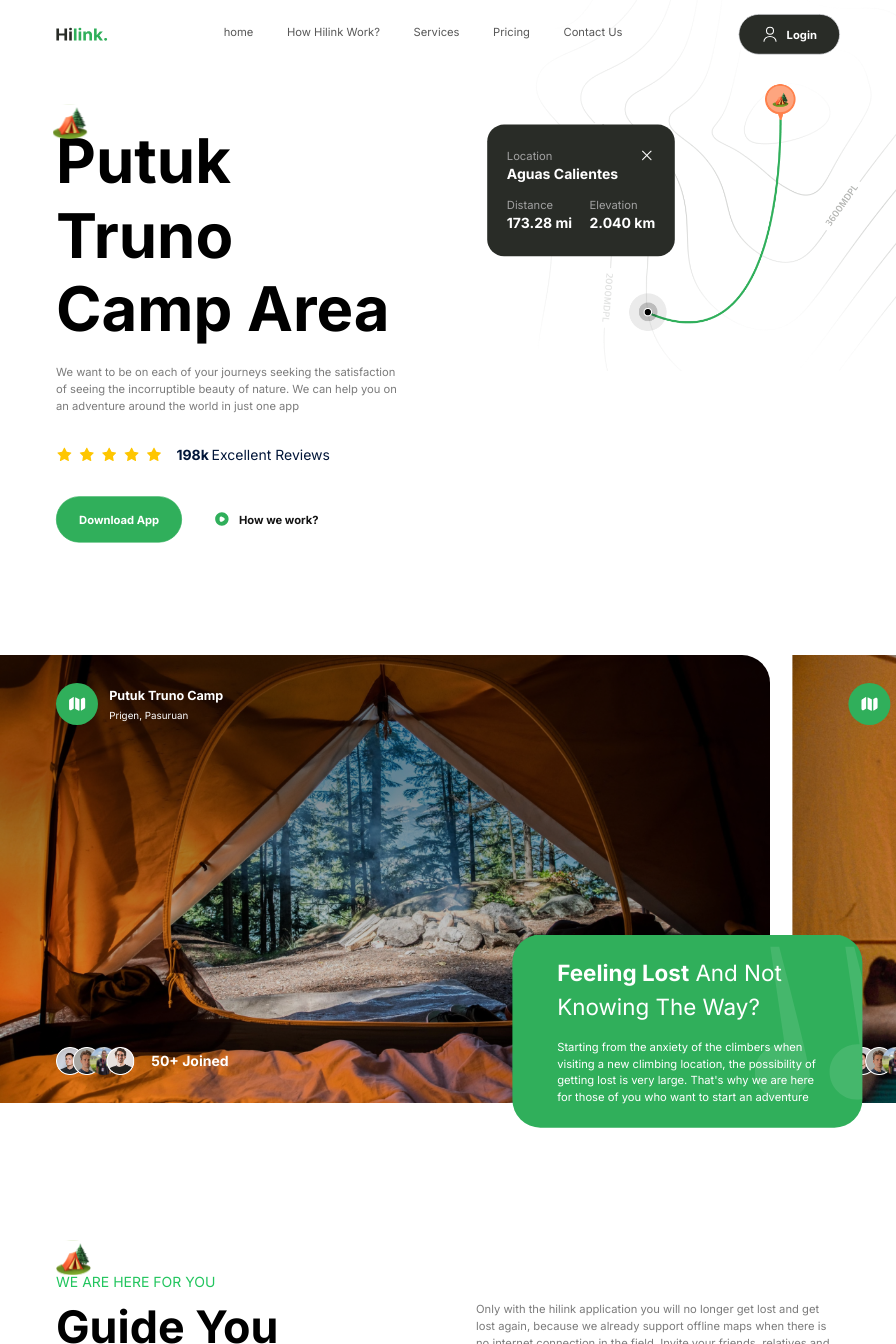
Repository: abdulrahmanmahmood/Travel-App
Page: /
An editor plug-in stored every save of this project. The page is shown before and after the next save, followed by the edit.
The browser window is 1280 px wide. The pictures show the part of the page from y = 0 to 1920 px (the page is 4955 px tall), at 70% of full size.
The project was rebuilt for these pictures with package versions that can differ from the ones it lists, and the page was loaded fresh each time. The framework's server and built-in components were replaced by stand-ins that run in the browser. Also part of the build but not shown: next.config.js.

Above is the page before, as saved 2023-11-10 10:58:27.

### app/layout.tsx
import './globals.css'
import type { Metadata } from 'next';
import './globals.css'
import Navbar from '@/components/Navbar';
import Footer from '@/components/Footer';


export const metadata: Metadata = {
  title: 'Travel',
  description: 'Travel UI/UX App for camping',
}

export default function RootLayout({
  children,
}: {
  children: React.ReactNode
}) {
  return (
    <html lang="en">
      <body >
        <Navbar/>
        {children}
        <Footer/>
      </body>
    </html>
  )
}

### app/page.tsx
import Features from "@/components/Features"
import GetApp from "@/components/GetApp"
import Guide from "@/components/Guide"
import Hero from "@/components/Hero"
import Camp from "@/components/camp"

export default function Home() {
  return (
    <>
    <Hero/>
    <Camp/>
    <Guide/>
    <Features/>
    <GetApp/>
 </>
  )
}

### components/Navbar.tsx
import { NAV_LINKS } from "@/constants";
import Image from "next/image";
import Link from "next/link";
import Button from "./Button";

const Navbar = () => {
  const showtopNav = () => {};
  return (
    <nav
      className=" flexBetween max-container padding-container relative z-30
    py-5"
    >
      <Link href="/">
        <Image src="/hilink-logo.svg" alt="logo" width={74} height={28} />
      </Link>
      <ul className="hidden h-full gap-12 lg:flex">
        {NAV_LINKS.map((link) => (
          <Link
            href={link.href}
            key={link.key}
            className="regular-16 text-gray-50 flexCenter cursor-pointer pb-1.5 transition-all hover:font-bold"
          >
            {link.label}
          </Link>
        ))}
      </ul>
      <div className="lg:flexCenter  hidden ">
        <Button
          type="button"
          title="Login"
          icon="/user.svg"
          variant="btn_dark_green"
        />
      </div>
      <div className="inline-block cursor-pointer lg:hidden">
        <Image src="/menu.svg" alt="menu" width={32} height={32} />
      </div>
    </nav>
  );
};

export default Navbar;

### components/Footer.tsx
import { FOOTER_CONTACT_INFO, FOOTER_LINKS, SOCIALS } from "@/constants";
import Image from "next/image";
import Link from "next/link";
import React from "react";

const Footer = () => {
  return (
    <footer className="flexCenter mb-24 ">
      <div className="padding-container max-container flex w-full flex-col gap-14 ">
        <div className="flex flex-col items-start justify-center gap-[10%] md:flex-row ">
          <Link href="/" className="mb-10">
            <Image src="hilink-logo.svg" alt="logo" width={74} height={29} />
          </Link>
          <div className="flex flex-wrap gap-10 sm:justify-between md:flex-1">
            {FOOTER_LINKS.map((columns) => (
              <FooterColumn title={columns.title}>
                <ul className="regular-14 flex flex-col gap-4 text-gray-30">
                  {columns.links.map((link) => (
                    <Link href="/" key={link}>
                      {link}
                    </Link>
                  ))}
                </ul>
              </FooterColumn>
            ))}

            <div className="flex flex-col gap-5">
                    <FooterColumn title={FOOTER_CONTACT_INFO.title}>
                      {FOOTER_CONTACT_INFO.links.map((link)=>(
                        <Link href='/' key={link.label} className="flex gap-4 md:flex-col lg:flex-row">
                        <p className="whitespace-nowrap">
                          {link.label}:
                        </p>
                        <p className="medium-14 whitespace-nowrap text-blue-70">{link.value}</p>
                        </Link>
                      ))}
                    </FooterColumn>
            </div>
            <div className="flex flex-col gap-5 ">
                      <FooterColumn title={SOCIALS.title}>
                          <ul className="regular-14 flex gap-4 text-gray-30">
                            {SOCIALS.links.map((link)=>(
                              <Link href='link' key={link}>
                                <Image src={link} alt="logo" width={24} height={24}/>
                              </Link>
                            ))}
                          </ul>
                      </FooterColumn>
            </div>
          </div>
        </div>
        <div className="border bg-gray-20 "/>
        <p className="regular-14 w-full text-center text-gray-30">2023 Hilink | All rights reserved</p>
      </div>
    </footer>
  );
};
type FooterColumnProps = {
  title: string;
  children: React.ReactNode;
};

const FooterColumn = ({ title, children }: FooterColumnProps) => {
  return (
    <div className="flex flex-col gap-5 ">
      <h4 className="bold-18 whitespace-nowrap">{title}</h4>
      {children}
    </div>
  );
};

export default Footer;

### components/Features.tsx
import { FEATURES } from "@/constants";
import Image from "next/image";
import { title } from "process";

function Features() {
  return (
    <section className=" flex-col  flexCenter overflow-hidden bg-feature-bg bg-center bg-no-repeat py-24">
      <div className="flex max-container padding-container relative w-full justify-end">
        <div className="flex flex-1 lg:min-h-[900px]">
          <Image
            src="/phone.png"
            alt="phone"
            height={1000}
            width={440}
            className="feature-phone"
          />
        </div>
        <div className="z-20 flex w-full flex-col  lg:w-[60%]">
          <div className="relative ">
            <Image
              src="/camp.svg"
              alt="camp"
              width={50}
              height={50}
              className="absolute top-[-30px] left-[5px] w-10 lg:w-[50px]"
            />
            <h2 className="bold-40 lg:bold-64 -mt-1">Our Features</h2>
          </div>
          <ul className="mt-10 grid gap-10 md:grid-cols-2 lg:mt-20 lg:gap-20 ">
            {FEATURES.map((feature) => (
              <FeatureItem
                key={feature.title}
                icon={feature.icon}
                title={feature.title}
                description={feature.description}
              />
            ))}
          </ul>
        </div>
      </div>
    </section>
  );
}
type FeatureItem = {
  title: string;
  icon: string;
  description: string;
};

const FeatureItem = ({ title, icon, description }: FeatureItem) => {
  return(
  <li className="flex w-full flex-1 flex-col items-start">
    <div className="rounded-full p-4 lg:p-7 bg-green-50">
      <Image src={icon} alt="featureItemImage" width={28} height={28}/>
    </div>
    <h2 className="bold-20 lg:bold-32  mt-5 capitalize">{title}</h2>
    <p className="regular-16 mt-5 bg-white/80 text-gray-30 lg:mt-[30px] lg:bg-none">{description}</p>
  </li>)
};

export default Features;

### components/GetApp.tsx
import Image from "next/image";
import Button from "./Button";

function GetApp() {
  return (
    <section className="flexCenter w-full flex-col pb-[100px]">
      <div className="get-app">
        <div className=" z-20 flex w-full flex-1 flex-col items-start justify-center gap-12">
          <h2 className="bold-40 lg:bold-64 xl:max-w-[320px]">
            Get for free now!{" "}
          </h2>
          <p className="regular-16 text-gray-10">
            Available on iOS and Android
          </p>
          <div className="flex w-full flex-col gap-3 whitespace-nowrap xl:flex-row">
            <Button
              type="button"
              title="App Store"
              variant="btn_white"
              icon="/apple.svg"
              full
            />
            <Button
              type="button"
              title="Play Store "
              variant="btn_dark_green_outline"
              icon="/android.svg"
              full
            />
          </div>
        </div>
        <div className="flex flex-1 items-center justify-end">
          <Image src='/phones.png' alt="phones" width={550} height={870}/>
        </div>
      </div>
    </section>
  );
}

export default GetApp;

### components/Guide.tsx
import Image from "next/image";

function Guide() {
  return (
    <section className="flexCenter flex-col">
      <div className=" padding-container max-container w-full pb-24  ">
        <Image src="/camp.svg" alt="camp" width={50} height={50} />
        <p className="uppercase text-xl bold text-green-500 -mt-1 mb-3 ">
          WE ARE here FOR YOU
        </p>
        <div className="flex flex-wrap justify-between gap-5 lg:gap-10">
          <h2 className="capitalize  bold-40 lg:bold-64 xl:max-w-[390px]">
            Guide You to Easy Path
          </h2>
          <p className=" regular-16 text-gray-30 xl:max-w-[520px]">
            Only with the hilink application you will no longer get lost and get
            lost again, because we already support offline maps when there is no
            internet connection in the field. Invite your friends, relatives and
            friends to have fun in the wilderness through the valley and reach
            the top of the mountain
          </p>
        </div>
      </div>
      <div className=" flexCenter max-container relative w-full ">
        <Image
          src="/boat.png"
          alt="image"
          width={1440}
          height={580}
          className="w-full object-cover object-center 2xl:rounded-5"
        />
        <div className="absolute flex bg-white py-8 pl-5 pr-7 gap-3 rounded-3xl border shadow-md md:left-[5%] lg:top-20">
          <Image src='/meter.svg' alt="meter" width={15} height={158} className="h-full w-auto"/>
          <div className="flexBetween flex-col ">
            <div className="flex w-full flex-col">
              <div className="flexBetween w-full ">
                <p className="regular-16 text-gray-500">Destination</p>
                <p className="bold-16 text-green-50">48 min</p>
              </div>
              <p className="bold-20 mt-2 mb-2 ">Aguas Calientes</p>
            </div>
            <div className="flex w-full flex-col">
              <p className="regular-16 text-gray-500 mt-4">Start track</p>
              <h4 className="bold-20 mt-2 whitespace-nowrap">Wonorejo Pasuruan</h4>
            </div>
          I</div>
        </div>
      </div>
    </section>
  );
}

export default Guide;

### components/Hero.tsx
import Image from "next/image";
import Button from "./Button";

function Hero() {
  return (
    <section className="max-container padding-container flex flex-col gap-20 py-10 pb-32 md:gap-28 lg:py-20 xl:flex-row">
      {/* LEFT */}
      <div className="hero-map " />

      <div className="relative z-20 flex flex-1 flex-col xl:w-1/2">
        <Image
          src="/camp.svg"
          alt="camp"
          width={50}
          height={50}
          className="absolute left-[-5px] top-[-30px] w-10 lg:w-[50px]"
        />
        <h1 className="bold-52 lg:bold-88">Putuk Truno Camp Area</h1>
        <p className="regular-16 mt-6 text-gray-30 xl:max-w-[520px]">
          We want to be on each of your journeys seeking the satisfaction of
          seeing the incorruptible beauty of nature. We can help you on an
          adventure around the world in just one app
        </p>
        <div className="my-11 flex flex-wrap gap-5">
          <div className="flex items-center gap-2">
            {Array(5)
              .fill(1)
              .map((_, index) => (
                <Image
                  key={index}
                  src="/star.svg"
                  alt="star"
                  width={24}
                  height={24}
                />
              ))}
          </div>
          <p className="bold-16 lg:bold-20 text-blue-70">
            198k
            <span className="regular-16 lg:regular-20 ml-1 ">
              Excellent Reviews
            </span>
          </p>
        </div>
        <div className="flex flex-col w-full gap-3 sm:flex-row">
          <Button
            type={"button"}
            title={"Download App"}
            variant={"btn_green"}
          />
          <Button
            type={"button"}
            title={"How we work?"}
            variant={"btn_white_text"}
            icon="/play.svg"
          />
        </div>
      </div>

      <div className="relative flex flex-1 items-start ">
        <div className="relative z-20 w-[268px] flex-col gap-8 rounded-3xl bg-green-90 px-7 py-8">
          <div className="fle flex-col">
            <div className="flexBetween">
              <p className="regular-16 text-gray-20">Location</p>
              <Image src="/close.svg" alt="close" width={24} height={24} />
            </div>
            <p className="bold-20 text-white">Aguas Calientes</p>
          </div>

          <div className="flexBetween  pt-4">
            <div className="flex flex-col">
              <p className="regular-16 block text-gray-20">Distance</p>
              <p className="bold-20 text-white">173.28 mi</p>
            </div>
            <div className="flex flex-col">
              <p className="regular-16 block text-gray-20">Elevation</p>
              <p className="bold-20 text-white">2.040 km</p>
            </div>
          </div>
        </div>
      </div>
    </section>
  );
}

export default Hero;

### constants/index.ts
export const NAV_LINKS = [
  {href:"/", key:"home", label:"home"},
  { href: '/', key: 'how_hilink_work', label: 'How Hilink Work?' },
  { href: '/', key: 'services', label: 'Services' },
  { href: '/', key: 'pricing ', label: 'Pricing ' },
  { href: '/', key: 'contact_us', label: 'Contact Us' },
]

export const PEOPLE_URL = [
  '/person-1.png',
  '/person-2.png',
  '/acpc-modified (1).png',
  '/person-4.png',
];


export const FEATURES = [
  {
    title: 'Real maps can be offline',
    icon: '/map.svg',
    variant: 'green',
    description:
      'We provide a solution for you to be able to use our application when climbing, yes offline maps you can use at any time there is no signal at the location',
  },
  {
    title: 'Set an adventure schedule',
    icon: '/calendar.svg',
    variant: 'green',
    description:
      "Schedule an adventure with friends. On holidays, there are many interesting offers from Hilink. That way, there's no more discussion",
  },
  {
    title: 'Technology using augment reality',
    icon: '/tech.svg',
    variant: 'green',
    description:
      'Technology uses augmented reality as a guide to your hiking trail in the forest to the top of the mountain. Already supported by the latest technology without an internet connection',
  },
  {
    title: 'Many new locations every month',
    icon: '/location.svg',
    variant: 'orange',
    description:
      'Lots of new locations every month, because we have a worldwide community of climbers who share their best experiences with climbing',
  },
];


export const FOOTER_LINKS = [
  {
    title: 'Learn More',
    links: [
      'About Hilink',
      'Press Releases',
      'Environment',
      'Jobs',
      'Privacy Policy',
      'Contact Us',
    ],
  },
  {
    title: 'Our Community',
    links: ['Climbing xixixi', 'Hiking hilink', 'Hilink kinthill'],
  },
];

export const FOOTER_CONTACT_INFO = {
  title: 'Contact Us',
  links: [
    { label: 'Admin Officer', value: '123-456-7890' },
    { label: 'Email Officer', value: 'hilink@akinthil.com' },
  ],
};

export const SOCIALS = {
  title: 'Social',
  links: [
    '/facebook.svg',
    '/instagram.svg',
    '/twitter.svg',
    '/youtube.svg',
    '/wordpress.svg',
  ],
};

### components/Button.tsx
import Image from "next/image";

type ButtonProps = {
  type: "button" | "submit";
  title: string;
  icon?: string;
  variant: string;
  full?:boolean;
};

function Button({ type, title, icon, variant, full }: ButtonProps) {
  return (
    <button
      type={type}
      className={`flexCenter gap-3 rounded-full border ${variant} ${full && 'w-full'}`}
    >
      {icon && <Image src={icon} alt={title} width={24} height={24} />}
      <label className="bold-16 whitespace-nowrap cursor-pointer">{title}</label>
    </button>
  );
}

export default Button;

Loaded but not shown: tailwind.config.ts (common file); components/camp.tsx (97 lines, source omitted); app/globals.css (157 lines, source omitted)

After the next save:
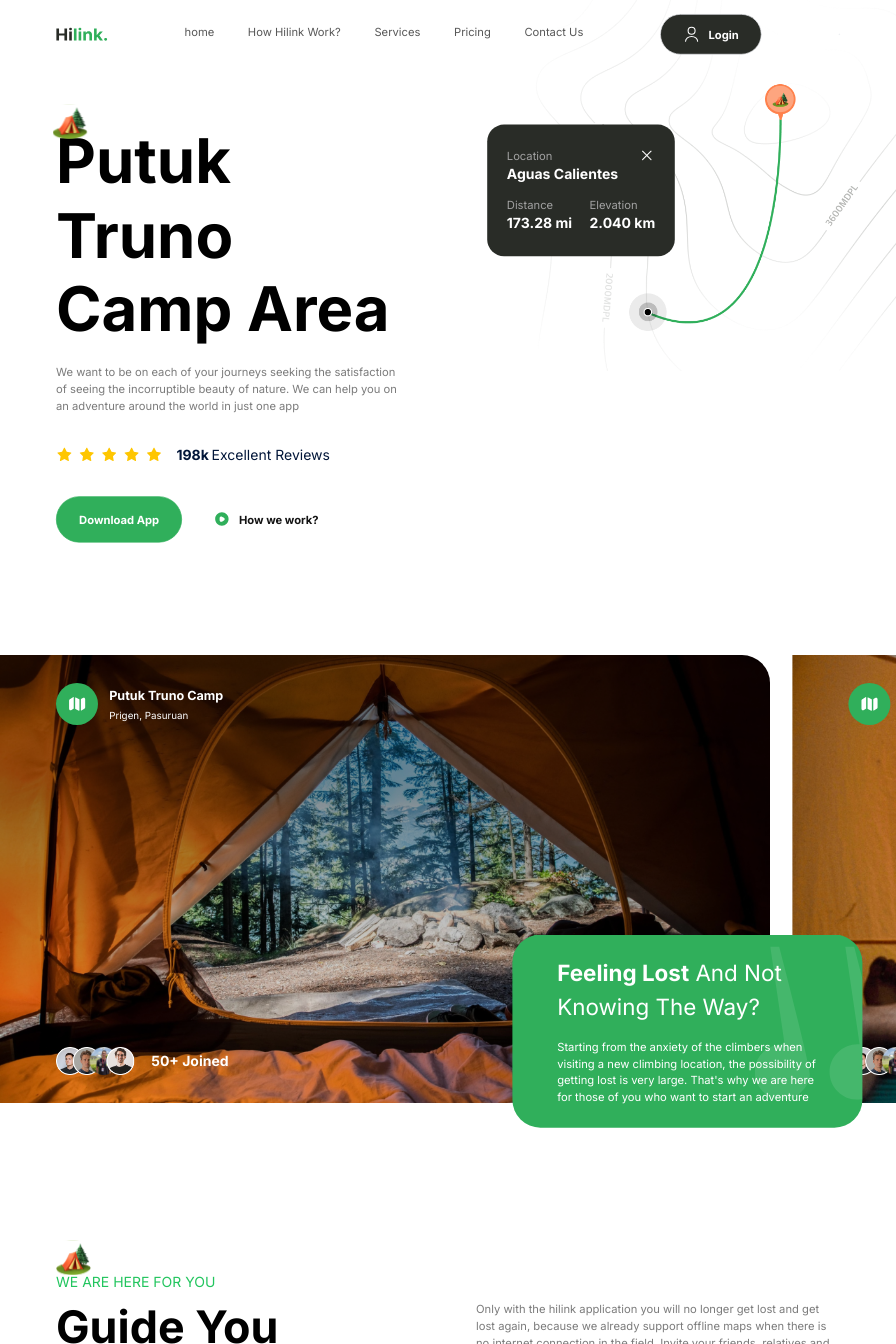
Saved 11 s later.
--- a/components/Navbar.tsx
+++ b/components/Navbar.tsx
@@ -32,9 +32,9 @@
           variant="btn_dark_green"
         />
       </div>
-      <div className="inline-block cursor-pointer lg:hidden">
+      <Button className="inline-block cursor-pointer lg:hidden">
         <Image src="/menu.svg" alt="menu" width={32} height={32} />
-      </div>
+      </Button>
     </nav>
   );
 };

After the save that followed:
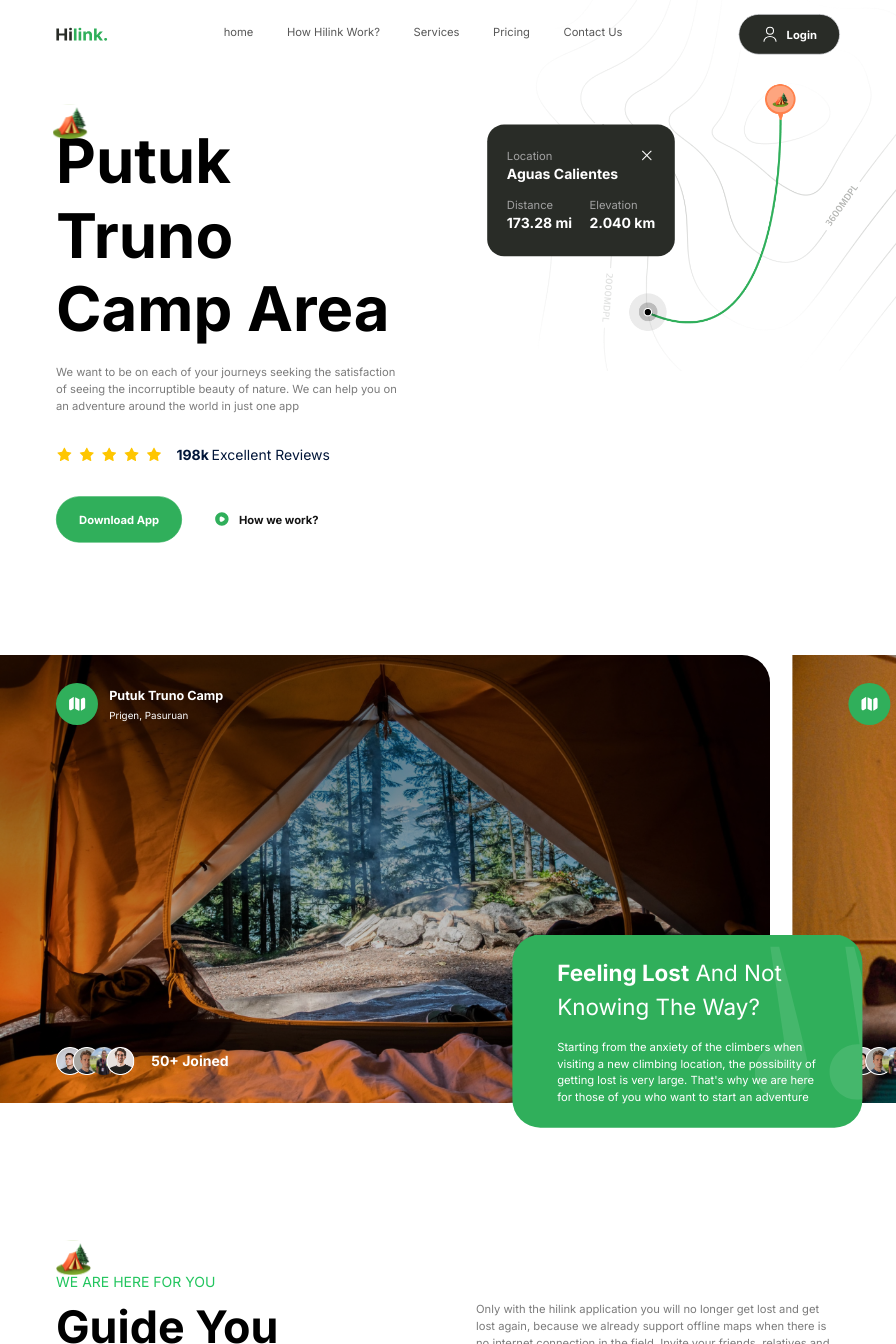
Saved 14 s later.
--- a/components/Navbar.tsx
+++ b/components/Navbar.tsx
@@ -32,9 +32,9 @@
           variant="btn_dark_green"
         />
       </div>
-      <Button className="inline-block cursor-pointer lg:hidden">
+      <div className="inline-block cursor-pointer lg:hidden">
         <Image src="/menu.svg" alt="menu" width={32} height={32} />
-      </Button>
+      </div>
     </nav>
   );
 };
